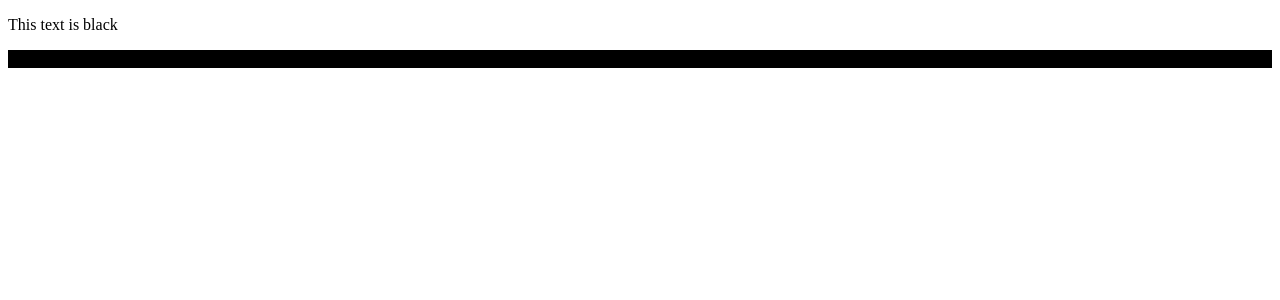
Repository: shravanramakunja/EventEase
Page: http://localhost/users/
These files come from the project's save history. The page is drawn as it stood at one moment and after the next save; the edit follows.
The browser window is 1280 px wide. The pictures show the whole page.
The page is served by the project's Node server (server.js). Other server files are loaded and not shown.

Above is the page before, as saved 2025-11-22 22:33:57.

### views/index.ejs
<!DOCTYPE html>
<html lang="en">
<head>
    <meta charset="UTF-8">
    <meta name="viewport" content="width=device-width, initial-scale=1.0">
    <title>Document</title>
</head>
<body>
  <p style="color: black;">This text is black</p>
<div style="background-color: black;">Box</div>

<div class="min-h-screen bg-black">
  <!-- your content here -->
</div>

</body>
</html>

### server.js
// server.js

require("dotenv").config();
const express = require("express");
const path = require("path");
const session = require("express-session");
const bodyParser = require("body-parser");

const userRoutes = require("./routes/userRoutes");
const adminRoutes = require("./routes/adminRoutes");
const checkinRoutes = require("./routes/checkinRoutes");

const app = express();

// ----------------------
//  MIDDLEWARE SETUP
// ----------------------
app.use(bodyParser.urlencoded({ extended: true }));
app.use(bodyParser.json());
app.use(express.json());
// Serve static files (CSS, JS, images)
app.use(express.static(path.join(__dirname, "public")));

// Session configuration (for admin login)
app.use(
  session({
    secret: process.env.SESSION_SECRET || "somesecretkey",
    resave: false,
    saveUninitialized: false,
    cookie: {
      maxAge: 24 * 60 * 60 * 1000, // 1 day
    },
  })
);

// ----------------------
//  VIEW ENGINE SETUP
// ----------------------
app.set("view engine", "ejs");
app.set("views", path.join(__dirname, "views"));

// ----------------------
//  ROUTES
// ----------------------
app.use("/", userRoutes);
app.use("/admin", adminRoutes);
app.use("/checkin", checkinRoutes);
app.use("/users", userRoutes);

// Home redirect (optional)
app.get("/", (req, res) => {
  res.render("index"); // Registration page
});





// ----------------------
//  SERVER START
// ----------------------
const PORT = process.env.PORT || 5000;
app.listen(PORT, () => {
  console.log(`🚀 Server running on http://localhost:${PORT}`);
});

### routes/userRoutes.js
// routes/userRoutes.js
const express = require("express");
const router = express.Router();
const userController = require("../controllers/userController");

// Registration page
router.get("/", (req, res) => {
  res.render("index");
});

// Handle form submit
router.post("/register", userController.registerUser);

// Success page
router.get("/success", (req, res) => {
  res.render("success");
});

module.exports = router;

After the next save:
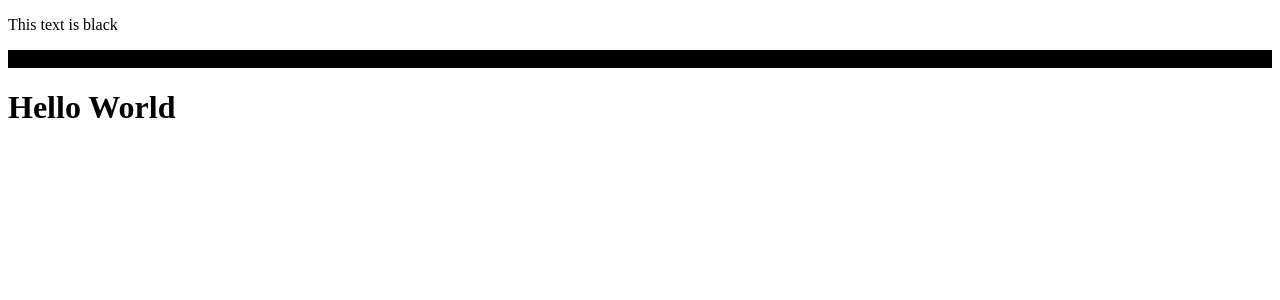
Saved 12 s later.
--- a/views/index.ejs
+++ b/views/index.ejs
@@ -10,7 +10,7 @@
 <div style="background-color: black;">Box</div>
 
 <div class="min-h-screen bg-black">
-  <!-- your content here -->
+  <h1>Hello World</h1>
 </div>
 
 </body>
